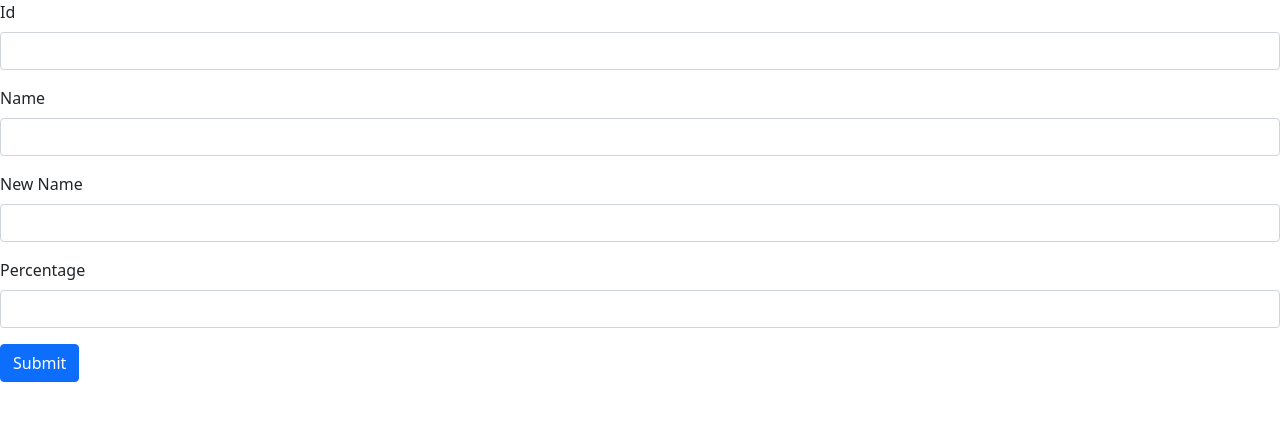
Repository: shivamaninalla/Bank-Application-JSP
Page: http://localhost/09-student-mvc-db/updatestudent.jsp
These files come from the project's save history. The page is drawn as it stood at one moment and after the next save; the edit follows.
The browser window is 1280 px wide. The pictures show the whole page.
The page is served by Tomcat 9.

Above is the page before, as saved 2024-07-17 11:29:08.

After the next save:
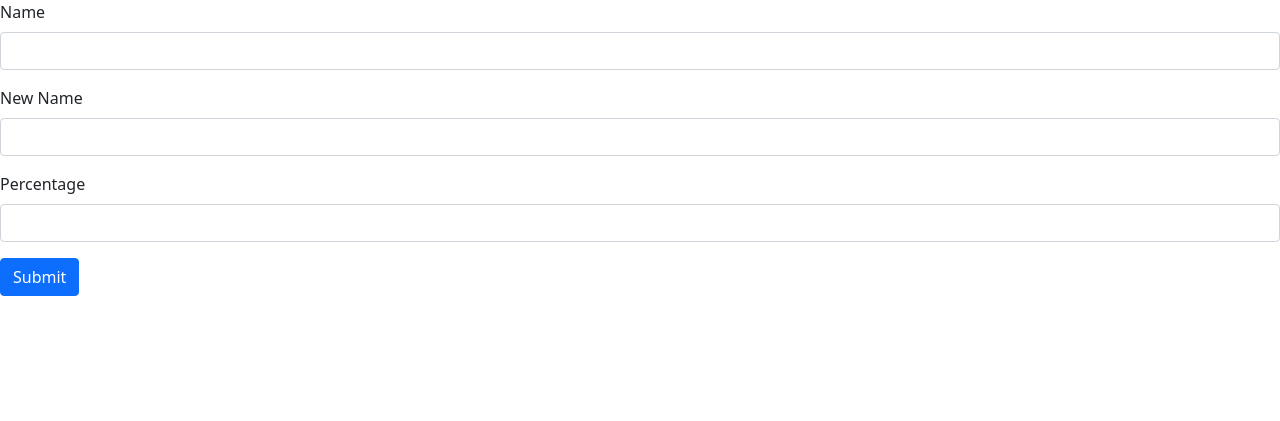
Saved 4 min 6 s later.
--- a/09-student-mvc-db/WebContent/updatestudent.jsp
+++ b/09-student-mvc-db/WebContent/updatestudent.jsp
@@ -21,11 +21,7 @@
 <form action="StudentController">
 <input type="hidden" name="command" value="update">
   <div class="mb-3">
-  <div class="mb-3">
-    <label for="id" class="form-label">Id</label>
-    <input type="text" class="form-control" id="id" name="id">
 
-   </div>
     <label for="name" class="form-label">Name</label>
     <input type="text" class="form-control" id="name" name="name">
     </div>
